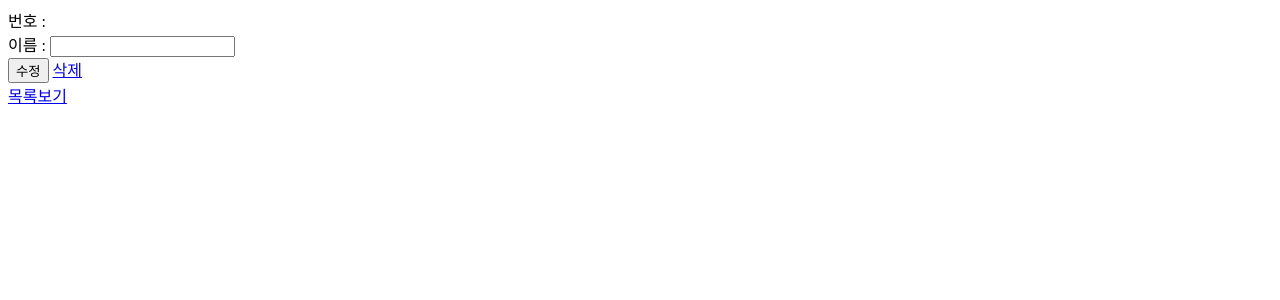
Repository: June0619/Spring_study
Page: http://localhost/test_jdbc/modify
The author's editor kept a copy of each file at every save. The page is drawn from the files as they stood at one save, then again after a run of saves.
The browser window is 1280 px wide. The pictures show the whole page.
The page is served by Tomcat 9. Other server files are loaded and not shown. Queries for data that is not in the repository find no rows.

Above is the page before, as saved 2019-12-23 02:50:32.
Console error: SyntaxError: Unexpected token '<'

### test_jdbc/src/main/webapp/WEB-INF/views/modify.jsp
<%@ page language="java" contentType="text/html; charset=UTF-8"
    pageEncoding="UTF-8"%>
<!DOCTYPE html>
<html>
<head>
<meta charset="UTF-8">
<title>Insert title here</title>
</head>
<body>
	<form action="modifySave" method="post">
		번호 : <label>${list.id }</label><br>
		<input type="hidden" value="${list.id }" name="id">
		이름 : <input type="text" name="name" value="${list.name }"><br>
		<input type="submit" value="수정">
		<a href="delete?id=${list.id }">삭제</a><br>
		<a href="content">목록보기</a>
	</form>
	<script><button</script>
</body>
</html>

### test_jdbc/src/main/java/com/care/service/JdbcModifyServiceImpl.java
package com.care.service;

import java.util.Map;

import javax.servlet.http.HttpServletRequest;

import org.springframework.ui.Model;

import com.care.jdbc_dao.JdbcDAO;

public class JdbcModifyServiceImpl implements JdbcService {

	@Override
	public void execute(Model model) {
		Map<String, Object> map = model.asMap();
		HttpServletRequest request =
				(HttpServletRequest)map.get("request");

		JdbcDAO dao = new JdbcDAO();
		model.addAttribute("list", dao.modify(request.getParameter("id")));
	}

}

### test_jdbc/src/main/java/com/care/jdbc_dao/JdbcDAO.java
package com.care.jdbc_dao;

import java.sql.*;
import java.util.ArrayList;

import com.care.jdbc_dto.JdbcDTO;

public class JdbcDAO {
	private String driver =
			"oracle.jdbc.driver.OracleDriver";
	private String url = "jdbc:oracle:thin:@localhost:1521:xe";
	private String user="jsp", pwd = "jsp";
	private Connection con;
	private PreparedStatement ps;
	private ResultSet rs;
	public JdbcDAO()
	{
		try { Class.forName(driver); }
		catch (Exception e) { e.printStackTrace(); }
	}

	public ArrayList<JdbcDTO> list()
	{
		String sql = "select * from test_jdbc";
		ArrayList<JdbcDTO> list = new ArrayList<JdbcDTO>();
		try
		{
			con = DriverManager.getConnection(url, user, pwd);
			ps = con.prepareStatement(sql);
			rs = ps.executeQuery();
			while(rs.next())
			{
				JdbcDTO dto = new JdbcDTO();
				dto.setId(rs.getInt("id"));
				dto.setName(rs.getString("name"));
				list.add(dto);
			}
		}
		catch(Exception e) { e.printStackTrace(); }

		return list;
	}

	public void save(String id, String name)
	{
		String sql = "insert into test_jdbc(id, name) values(?,?)";
		try
		{
			con = DriverManager.getConnection(url, user, pwd);
			ps = con.prepareStatement(sql);
			ps.setString(1, id);
			ps.setString(2, name);
			ps.executeUpdate();
		}
		catch(Exception e) { e.printStackTrace(); }
	}

	public JdbcDTO modify(String id)
	{
		String sql = "select * from test_jdbc where id=?";
		JdbcDTO dto = null;
		try
		{
			con = DriverManager.getConnection(url, user, pwd);
			ps = con.prepareStatement(sql);
			ps.setString(1, id);
			rs = ps.executeQuery();
			if(rs.next())
			{
				dto = new JdbcDTO();
				dto.setId(rs.getInt("id"));
				dto.setName(rs.getString("name"));
			}
		}
		catch(Exception e) { e.printStackTrace(); }

		return dto;
	}
	public void modifySave(String id, String name)
	{
		String sql = "update test_jdbc set name=? where id=?";
		try
		{
			con = DriverManager.getConnection(url, user, pwd);
			ps = con.prepareStatement(sql);
			ps.setString(1, name);
			ps.setInt(2, Integer.parseInt(id));
			ps.executeUpdate();
		}
		catch(Exception e) { e.printStackTrace(); }
	}

	public void delete(String id)
	{
		String sql = "delete from test_jdbc where id = ?";
		try
		{
			con = DriverManager.getConnection(url, user, pwd);
			ps = con.prepareStatement(sql);
			ps.setInt(1, Integer.parseInt(id));
			ps.executeUpdate();
		}
		catch(Exception e) { e.printStackTrace(); }
	}
}

After the next 2 saves:
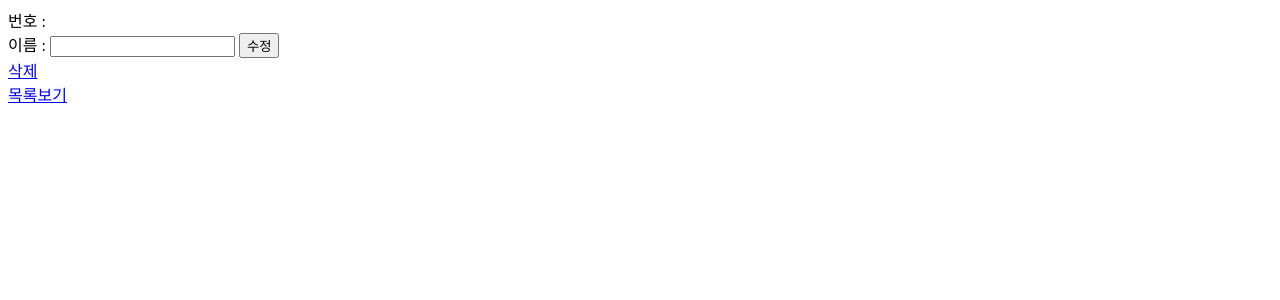
The 2 saves are shown as one change because they came seconds apart.
The last was saved 6 s later.
--- a/test_jdbc/src/main/webapp/WEB-INF/views/modify.jsp
+++ b/test_jdbc/src/main/webapp/WEB-INF/views/modify.jsp
@@ -10,8 +10,8 @@
 	<form action="modifySave" method="post">
 		번호 : <label>${list.id }</label><br>
 		<input type="hidden" value="${list.id }" name="id">
-		이름 : <input type="text" name="name" value="${list.name }"><br>
-		<input type="submit" value="수정">
+		이름 : <input type="text" name="name" value="${list.name }">
+		<input type="submit" value="수정"><br>
 		<a href="delete?id=${list.id }">삭제</a><br>
 		<a href="content">목록보기</a>
 	</form>
